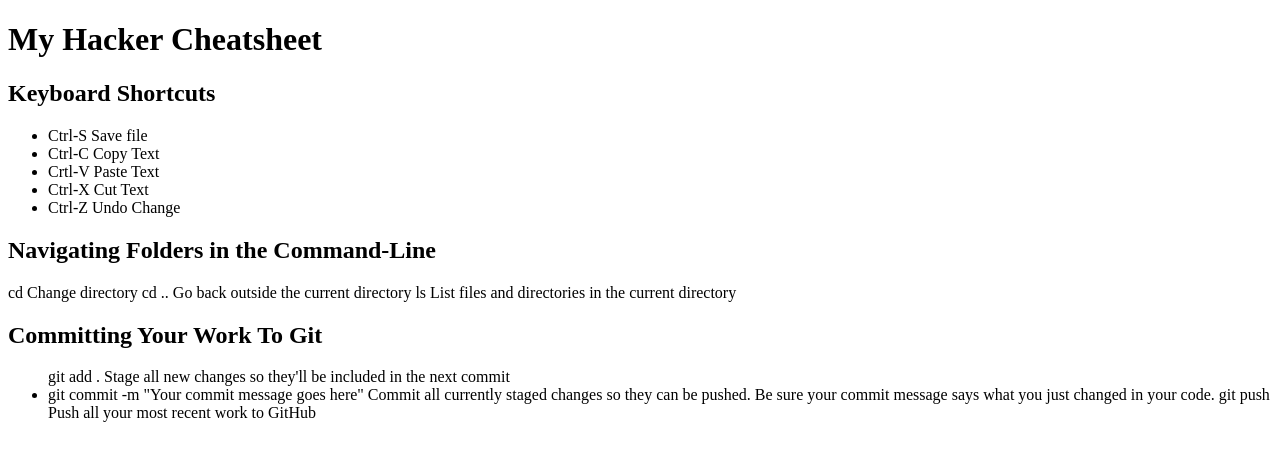
Repository: normansinegar/normansinegar.github.io
Page: cheatsheet.html
The author's editor kept a record of every edit. The page is drawn from the files as they stood at one moment, then again after the next edit.
The browser window is 1280 px wide. The pictures show the whole page.

Above is the page before.

### cheatsheet.html
<!DOCTYPE html>
    <html>
        <head>
            <title> My Hacker cheatsheet</title>
        </head>
        <body>
            <h1>My Hacker Cheatsheet</h1>
            <h2> Keyboard Shortcuts</h2>
            <ul>
                <li>
                    Ctrl-S
                    Save file
                </li>
                <li>
                    Ctrl-C
                    Copy Text
                </li>
                <li>
                    Crtl-V
                    Paste Text
                </li>
                <li>
                    Ctrl-X
                    Cut Text
                </li>
                <li>
                    Ctrl-Z
                    Undo Change
                </li>
            </ul>
            <h2>Navigating Folders in the Command-Line</h2>

                cd
                Change directory

                cd ..
                Go back outside the current directory

                ls
                List files and directories in the current directory

            <h2>Committing Your Work To Git</h2>
                <ul>
                <il>
                git add .
                Stage all new changes so they'll be included in the next commit
                </il>
                <li>
                git commit -m "Your commit message goes here"
                Commit all currently staged changes so they can be pushed. Be sure your commit message says what you just changed in your code.

                git push
                Push all your most recent work to GitHub
                </ul>
        </body>
    </html>

After the next edit:
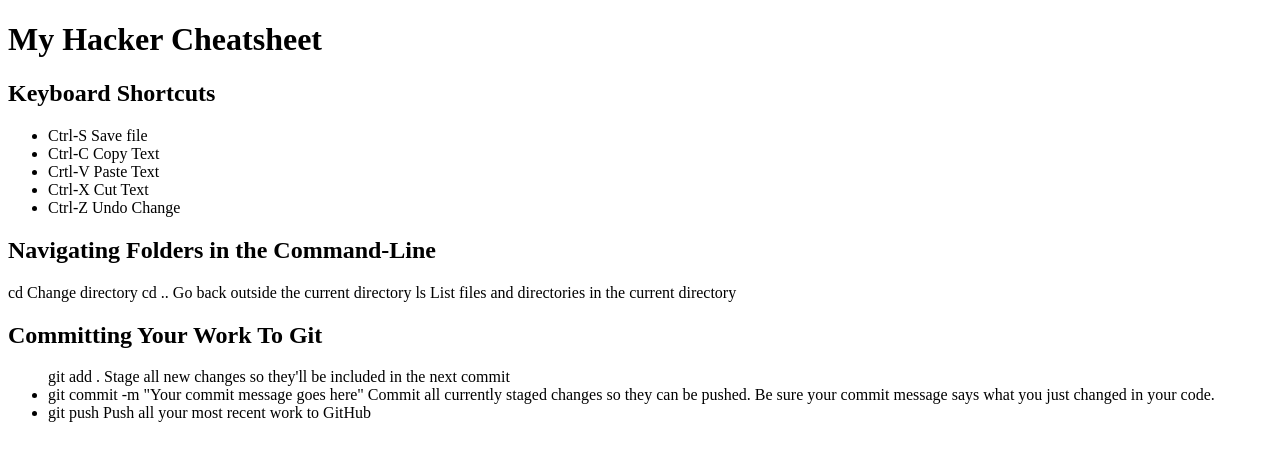
The edit:
--- a/cheatsheet.html
+++ b/cheatsheet.html
@@ -48,7 +48,8 @@
                 <li>
                 git commit -m "Your commit message goes here"
                 Commit all currently staged changes so they can be pushed. Be sure your commit message says what you just changed in your code.
-
+                </li>
+                <li>
                 git push
                 Push all your most recent work to GitHub
                 </ul>
